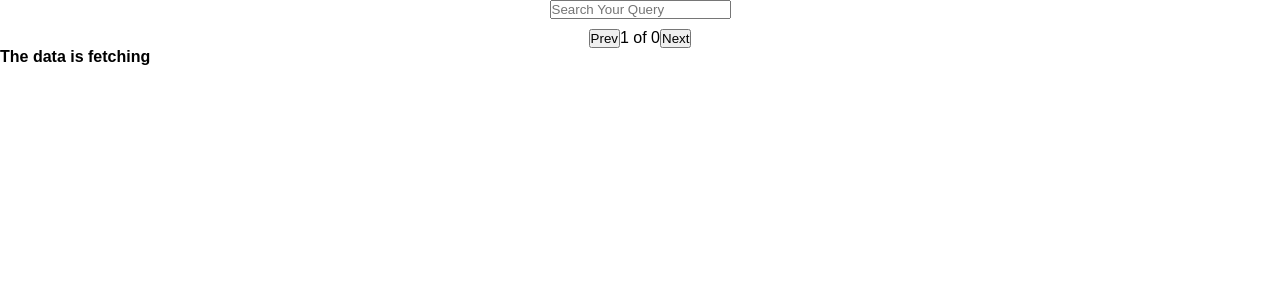
Repository: suraj-yadav7/TechNews
Page: /
These files come from the project's save history. The page is drawn as it stood at one moment and after the next save; the edit follows.
The browser window is 1280 px wide. The pictures show the whole page.
The page's requests for data from a server got no answer. The project was rebuilt for these pictures with package versions that can differ from the ones it lists, and the page was loaded fresh each time. No one was signed in, and anything a server would have sent is missing.

Above is the page before, as saved 2023-04-28 09:56:16.

### src/index.js
import React from 'react';
import ReactDOM from 'react-dom/client';
import App from './App';
import { AppProvider } from './context';

const root = ReactDOM.createRoot(document.getElementById('root'));
root.render(
  <React.StrictMode>
    <AppProvider>
    <App />
    </AppProvider>
  </React.StrictMode>
);

### src/App.js
import './App.css';
import Search from './components/Search';
import Stories from './components/Stories';

function App() {
  return (
      <>
      <Search/>
      <Stories />
      </>
  );
}

export default App;

### src/context.jsx
import {useContext, createContext, useEffect, useReducer} from "react"
import {reducer} from './reducer'

const AppContext = createContext();
let api = "https://hn.algolia.com/api/v1/search?";
const initial = {
    hits:[],
    page:0,
    nbPages:0,
    query:"",
    isLoading:true
}

const AppProvider = ({children})=>{

    const [state, dispatch] = useReducer(reducer, initial)

    const fetchApiData = async(url)=>{
        dispatch({
            type:"loadingData",
        })
        try{
            let fetchApi = await fetch(url)
            let data = await fetchApi.json()
            console.log(data)
            dispatch({
                type:"Get_Update",
                payload:{
                    hitNews:data.hits,
                    pg:data.page,
                    nbPg: data.nbPages
                }
            })
        }
        catch(error){
            console.log(error)
        }
        }

        //removing post
        const removePost = (objectID) =>{
                    dispatch({
                        type:"remove_post",
                        payload: objectID
                    })
        }

    //Search Post
    const searchPost = ((searchVal)=>{
        // searchVal.preventDefault()
        dispatch({
        type:"SEARCH_POST",
        payload: searchVal
        })
    })

    //Previous Page
    const prevPage=()=>{
        dispatch({
            type:"PREV_PAGE"
        })
    }
    const nextPage=()=>{
        dispatch({
            type:"NEXT_PAGE"
        })
    }
    useEffect(()=>{
         fetchApiData(`${api}query=${state.query}&&page=${state.page}`)

    },[state.query, state.page])


    return(
        <AppContext.Provider value= {{...state, removePost, searchPost,prevPage,nextPage}} >{children}</AppContext.Provider>
    )
};

//Custom hook to provide appContext and useContext

const useGlobalContext = ()=>{
    return useContext(AppContext)
}
export {AppContext,AppProvider, useGlobalContext}

### src/App.css
*{
  margin: 0;
  padding: 0;
  box-sizing: border-box;
  font-family:  sans-serif;
}

.App {
  text-align: center;
}

.App-header {
  background-color: #282c34;
  min-height: 100vh;
  display: flex;
  flex-direction: column;
  align-items: center;
  justify-content: center;
  font-size: calc(10px + 2vmin);
  color: white;
}

.App-link {
  color: #61dafb;
}

@keyframes App-logo-spin {
  from {
    transform: rotate(0deg);
  }
  to {
    transform: rotate(360deg);
  }
}


/* Search Div*/
.searchMain{
  display: flex;
  flex-direction: column;
  align-items: center;
  justify-content: center;
  gap:10px
}

/* Stories */
.parentStory{
  display: flex;
  align-items: center;
  justify-content: center;
  flex-direction: column;
  gap: 1rem

}

.stories{
  width: 50%;
  height: 12rem;
  display: flex;
  background-color: #61dafb;
  align-items: center;
  justify-content: center;
  flex-direction: column;
}
.storiesButton{
  height: 2rem;
  display: flex;
  align-items: center;
}
.storiesButton >button, a>button{
  margin:0 5rem;
  border: 1px solid blue;
  background-color: aliceblue;
  color: black;
  border-radius: 10px;
  height: 2rem;
  width: 6rem;
  text-align:center;
  font-size: medium;
  cursor: pointer;
}

### src/components/Search.jsx
import React from 'react'
import { useGlobalContext } from '../context'

const Search = () => {
  const { query, searchPost, prevPage, nextPage, nbPages, page } = useGlobalContext()
  return (
    <>
      <div className='searchMain'>
        <div className='formContainer'>
          <form onSubmit={(e) => e.preventDefault()}>
            <input className='searchInput' type="search" placeholder='Search Your Query' value={query} onChange={(e) => searchPost(e.target.value)}></input>
          </form>
        </div>
        <div className='pagination'>
          <button onClick={prevPage} >Prev</button>
          <span>{page + 1} of {nbPages}</span>
          <button onClick={nextPage} >Next</button>
        </div>
      </div>
    </>
  )
}

export default Search

### src/components/Stories.jsx
import React from 'react'
import { useGlobalContext } from '../context'

const Stories = () => {
    const {hits, isLoading,removePost}= useGlobalContext()



    if(isLoading){
    return(
        <div className="Loading">
        <h4>The data is fetching</h4>
        </div>
    )
    }
  return (
    <>
      <div className='parentStory'>
        <h2>Latest Tech News</h2>
        {hits?.map((story)=>{
          const {objectID} = story
          return (
          <>
          <div className='stories' key={objectID}>
          <h3>{story.title}</h3>
          <p>by <span>{story.author}</span>  | <span>comment: {story.num_comments} </span></p>
          <div className="storiesButton">
          <a  href={story.url} target='_blank' rel="noreferrer"><button >Read More</button></a>
          <button  onClick={()=>removePost(objectID)} >Remove</button>
            </div>
          </div>
          </>)
          })}
      </div>
    </>
  )
}

export default Stories

### src/reducer.jsx

const reducer = (state,action) =>{
    switch(action.type){
        case"loadingData" : return{
            ...state,
            isLoading: true

        } ;
        case "Get_Update":
            return{
                ...state,
                isLoading:false,
                hits:action.payload.hitNews,
                nbPages:action.payload.nbPg
            }

        case "remove_post":
            return{
                ...state, hits: state.hits.filter((post)=> post.objectID !== action.payload)
            }

        case "SEARCH_POST":
            return{
                    ...state, query: action.payload
            }

        case "PREV_PAGE":
            let pageNum=state.page-1
            if(pageNum<=0){
                pageNum=0
            }
            return{
                 ...state,
                    page:pageNum
                }


        case "NEXT_PAGE":
            let pageNum2= state.page+1
            if(pageNum2>=50){
                pageNum2=0
            }

            return{
                ...state,
                page:pageNum2
            }

    }
    return state
}
export {reducer};

Loaded but not shown: public/index.html (common file)

After the next save:
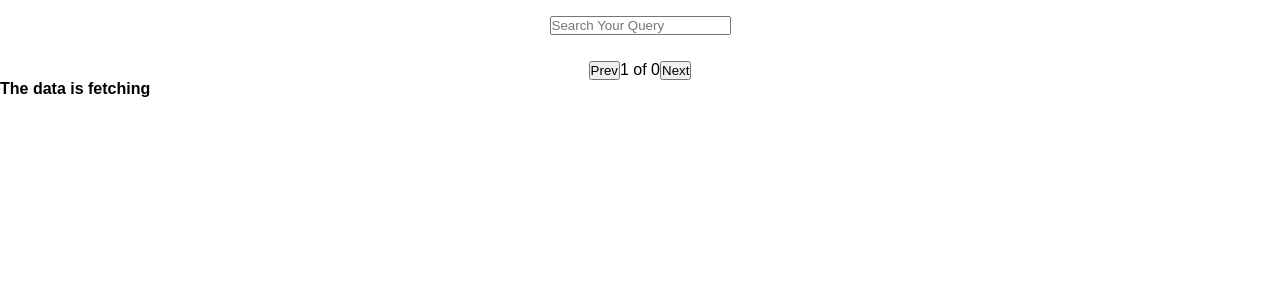
Saved 16 s later.
--- a/src/App.css
+++ b/src/App.css
@@ -42,7 +42,9 @@
   justify-content: center;
   gap:10px
 }
-
+.searchInput{
+  margin: 1rem;
+}
 /* Stories */
 .parentStory{
   display: flex;
